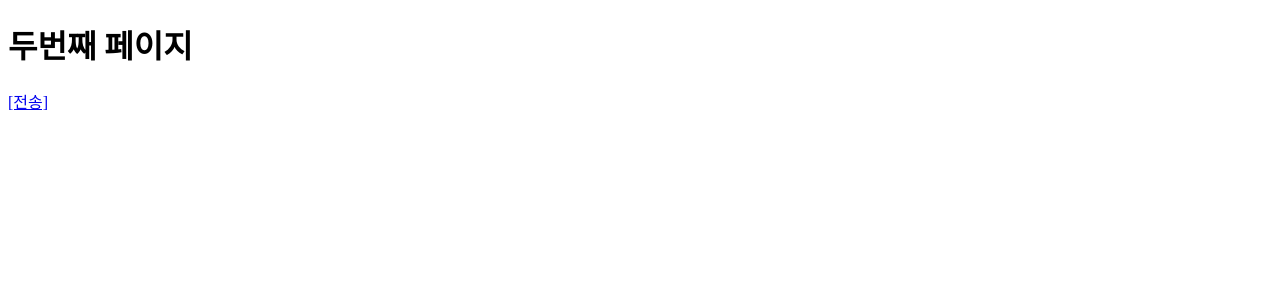
Repository: vvwvvwwvvw/sts-3
Page: http://localhost/spring-jsp01/mavCase
These files come from the project's save history. The page is drawn as it stood at one moment and after the next save; the edit follows.
The browser window is 1280 px wide. The pictures show the whole page.
The page is served by Tomcat 9. Other server files are loaded and not shown.

Above is the page before, as saved 2024-02-02 05:24:29.

### spring-jsp01/src/main/webapp/WEB-INF/views/modelAndView.jsp
<%@ page language="java" contentType="text/html; charset=UTF-8"
    pageEncoding="UTF-8"%>
<!DOCTYPE html>
<html>
<head>
<meta charset="UTF-8">
<title>Insert title here</title>
</head>
<body>
<h1>${sec_data}</h1>

<a href="send?id=user&num1=1234&num2=73">[전송]</a>
</body>
</html>

### spring-jsp01/src/main/java/com/icia/jsp01/dto/DataDto.java
package com.icia.jsp01.dto;

import lombok.Getter;
import lombok.Setter;

@Getter
@Setter
public class DataDto {
	private int code;
	private String strData;
	private int numData;
	private String dateData;
}

After the next save:
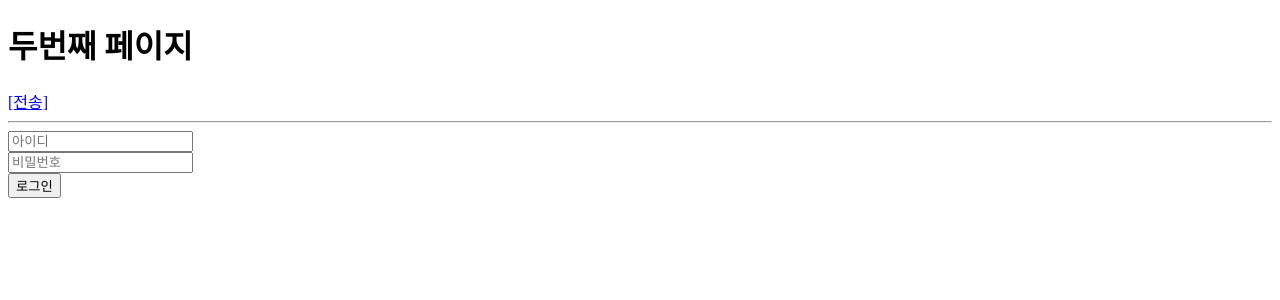
Saved 5 min 57 s later.
--- a/spring-jsp01/src/main/webapp/WEB-INF/views/modelAndView.jsp
+++ b/spring-jsp01/src/main/webapp/WEB-INF/views/modelAndView.jsp
@@ -10,5 +10,13 @@
 <h1>${sec_data}</h1>
 
 <a href="send?id=user&num1=1234&num2=73">[전송]</a>
+
+<hr>
+
+<form action="login">
+	<input type="text" name="id" placeholder="아이디"><br>
+	<input type="password" name="pwd" placeholder="비밀번호"><br>
+	<input type="submit" value="로그인">
+</form>
 </body>
 </html>
